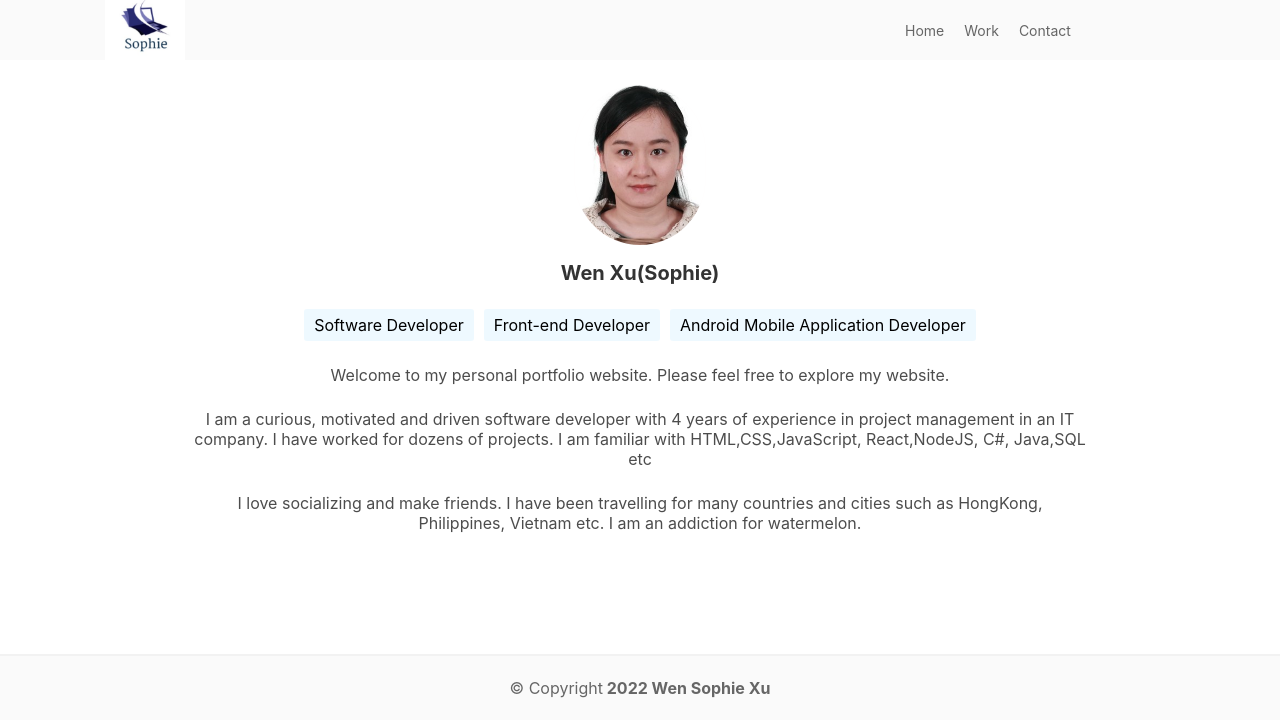
Repository: wenxi0504/myResume_app
Page: /
An editor plug-in stored every save of this project. The page is shown before and after the next save, followed by the edit.
The browser window is 1280 px wide. The pictures show the whole page.
The project was rebuilt for these pictures with package versions that can differ from the ones it lists, and the page was loaded fresh each time. Also part of the build but not shown: src/pages/WorkPage/works.module.scss, src/components/WorkLists/work.module.scss, src/components/WorkLists/index.js, src/pages/WorkPage/index.js, src/pages/Contact/contact.module.scss, src/pages/Contact/index.js.

Above is the page before, as saved 2022-01-04 22:52:31.

After the next save:
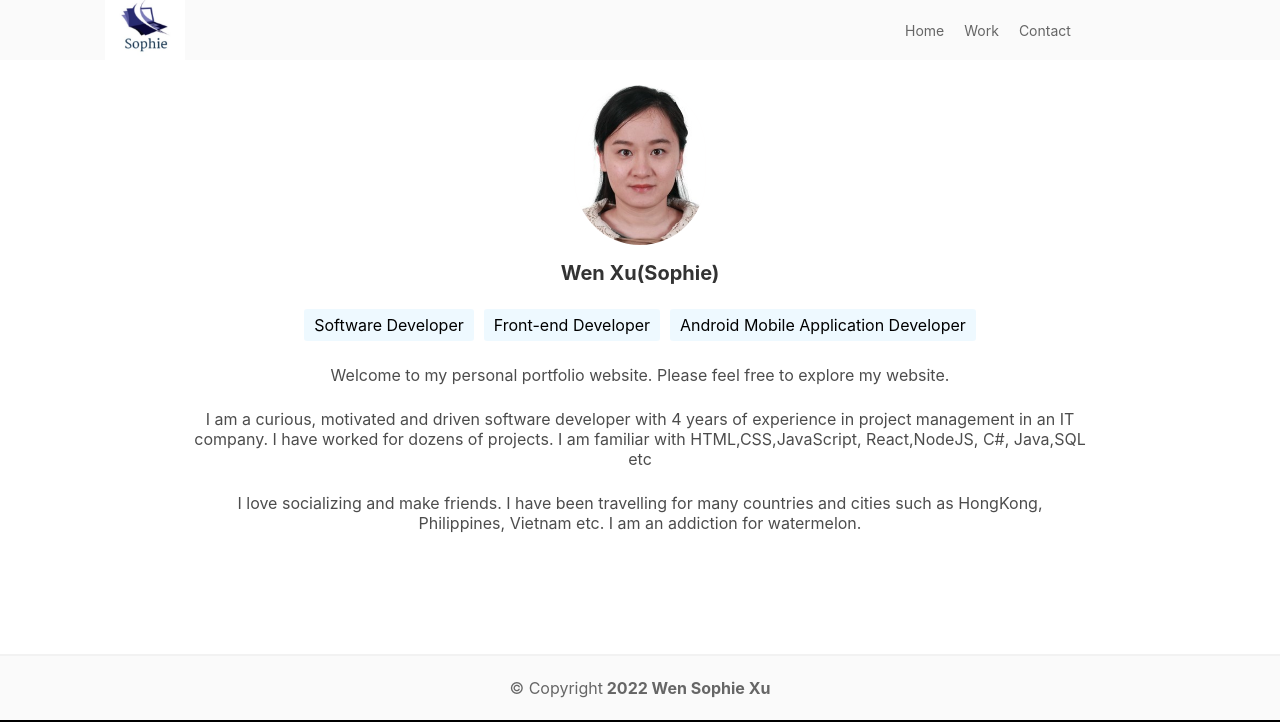
Saved 49 s later.
--- a/src/pages/App.module.scss
+++ b/src/pages/App.module.scss
@@ -47,6 +47,15 @@
           border-bottom: 0px solid #000;
 
         }
+        p::before {
+          content: "";
+          position: absolute;
+          top: 0;
+          left: 0;
+          width: 100%;
+          height: 100%;
+          border-bottom: 2px solid #000;
+      }
       }
       div {
         cursor: pointer;

After the save that followed:
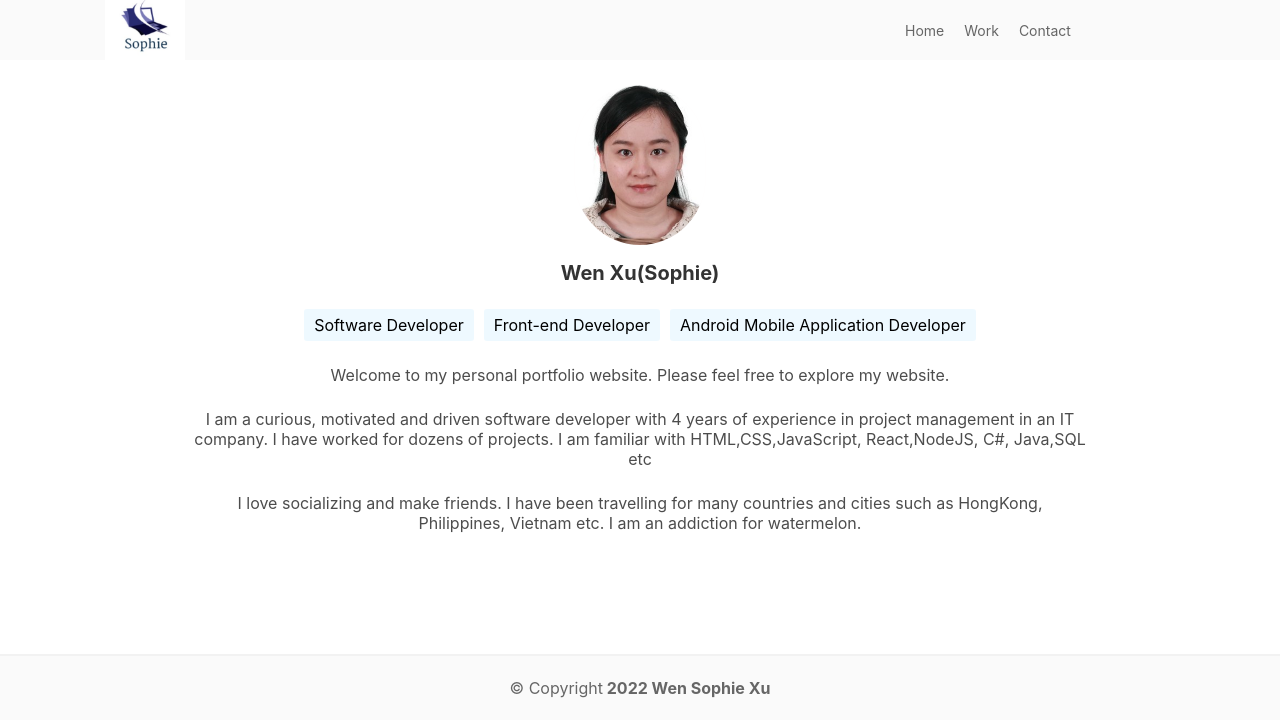
Saved 64 s later.
--- a/src/pages/App.module.scss
+++ b/src/pages/App.module.scss
@@ -44,18 +44,10 @@
           margin: 0px 10px;
           font-size: 14px;
           color: rgb(102, 102, 102);
-          border-bottom: 0px solid #000;
+
 
         }
-        p::before {
-          content: "";
-          position: absolute;
-          top: 0;
-          left: 0;
-          width: 100%;
-          height: 100%;
-          border-bottom: 2px solid #000;
-      }
+
       }
       div {
         cursor: pointer;
